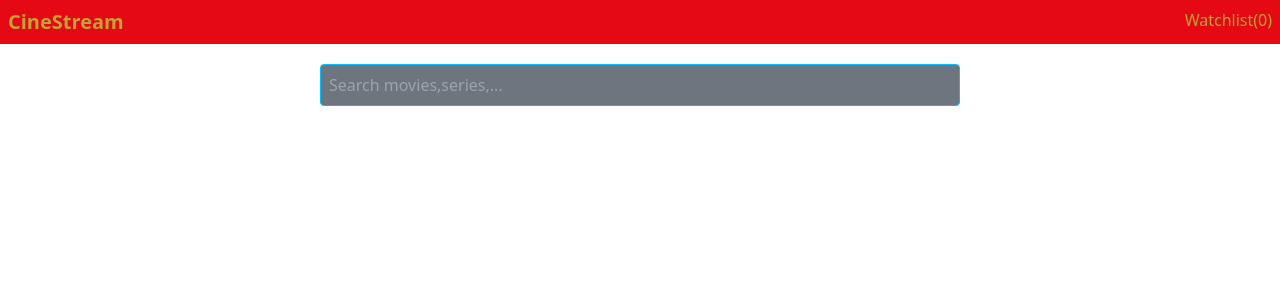
Repository: Reshmashameem31/Cine-Stream
Page: / (app in movie-project/)
The author's editor kept a copy of each file at every save. The page is drawn from the files as they stood at one save, then again after the next save.
The browser window is 1280 px wide. The pictures show the whole page.
The project was rebuilt for these pictures with package versions that can differ from the ones it lists, and the page was loaded fresh each time. Also part of the build but not shown: movie-project/vite.config.js, movie-project/src/pages/WatchList.jsx.

Above is the page before, as saved 2025-08-15 17:49:50.

### movie-project/src/App.jsx
import {BrowserRouter,Routes,Route} from 'react-router-dom'

import { useState } from 'react'
import Navbar from './pages/Navbar'
import Watchlist from './pages/WatchList'
import Home from './pages/Home'
function App() {
  const [count, setCount] = useState(0)

  return (

    <BrowserRouter>

    <Navbar/>
    <Routes>
      <Route path='/' element={<Home/>}></Route>
        <Route path='/watchlist' element={<Watchlist/>}></Route>
    </Routes>
    </BrowserRouter>
  )
}

export default App

### movie-project/src/pages/Navbar.jsx
import React from 'react'
import { Link } from 'react-router-dom'

const Navbar = () => {
  return (
    <nav className='p-2 bg-[#E50914] text-[#C5A236]  flex justify-between fixed w-full top-0'>
      <Link to="/" className='font-bold text-xl hover:text-[#] '>CineStream</Link>
      <Link to="/watchlist" className='text-l hover:text-[#00E5FF]'>Watchlist(0)</Link>
    </nav>
  )
}

export default Navbar

### movie-project/src/pages/Home.jsx
import React from 'react'

const Home = () => {
  return (
    <div className='p-4 pt-16 '>
        <input type='text' placeholder='Search movies,series,...'
         className='p-2 w-3/4 md:w-1/2 border rounded border-[#00BFFF]
          bg-[#0D1B2A] bg-opacity-60 backdrop-blur-md text-white fixed  left-1/4  top-16' />
        <div className='movies-container'></div>
        <div className='pagination-container'></div>

    </div>
  )
}

export default Home

Loaded but not shown: movie-project/index.html (common file); movie-project/src/main.jsx (common file); movie-project/src/index.css (common file); movie-project/tailwind.config.js (common file)

After the next save:
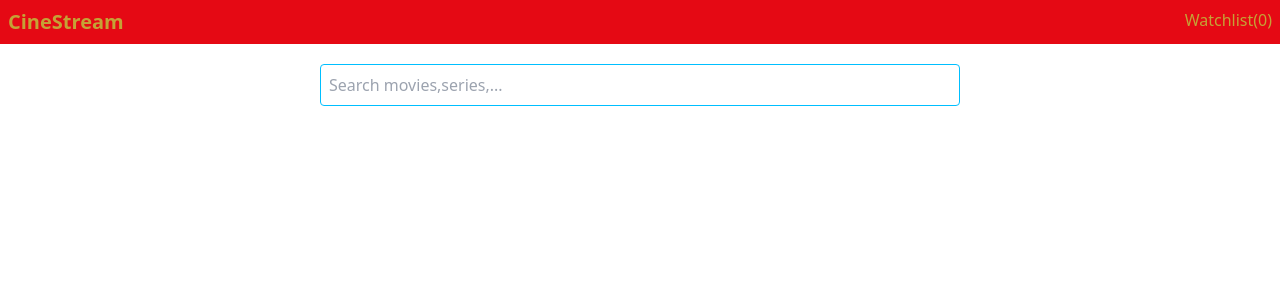
Saved 16 s later.
--- a/movie-project/src/pages/Home.jsx
+++ b/movie-project/src/pages/Home.jsx
@@ -5,7 +5,7 @@ const Home = () => {
     <div className='p-4 pt-16 '>
         <input type='text' placeholder='Search movies,series,...'
          className='p-2 w-3/4 md:w-1/2 border rounded border-[#00BFFF]
-          bg-[#0D1B2A] bg-opacity-60 backdrop-blur-md text-white fixed  left-1/4  top-16' />
+          bg-[#] bg-opacity-60 backdrop-blur-md text-white fixed  left-1/4  top-16' />
         <div className='movies-container'></div>
         <div className='pagination-container'></div>
 
